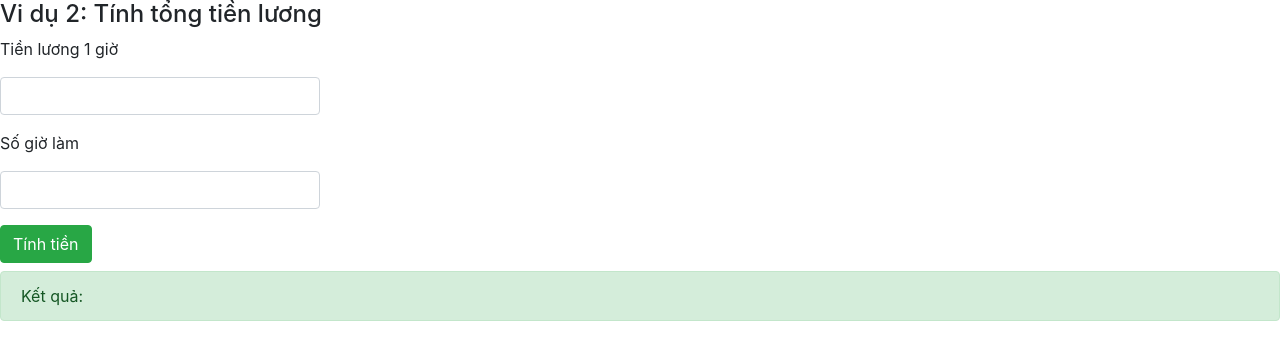
Repository: ducdatit2002/javascript-tinh-day13
Page: index.html
The author's editor kept a copy of each file at every save. The page is drawn from the files as they stood at one save, then again after the next save.
The browser window is 1280 px wide. The pictures show the whole page.

Above is the page before, as saved 2023-08-13 23:51:00.

### index.html
<!DOCTYPE html>
<html lang="en">
  <head>
    <title>Bài tập JS Buổi 13</title>
    <!-- Required meta tags -->
    <meta charset="utf-8" />
    <meta
      name="viewport"
      content="width=device-width, initial-scale=1, shrink-to-fit=no"
    />

    <!-- Bootstrap CSS -->
    <link
      rel="stylesheet"
      href="https://stackpath.bootstrapcdn.com/bootstrap/4.3.1/css/bootstrap.min.css"
      integrity="sha384-ggOyR0iXCbMQv3Xipma34MD+dH/1fQ784/j6cY/iJTQUOhcWr7x9JvoRxT2MZw1T"
      crossorigin="anonymous"
    />
  </head>
  <body>
    <!-- Bài 1: TÍNH TIỀN LƯƠNG NHÂN VIÊN -->
    <div class="form-group">
      <h4>Vi dụ 2: Tính tổng tiền lương</h4>
      <div class="form-group">
        <p>Tiền lương 1 giờ</p>
        <input id="tienLuong1h" class="form-control w-25" />
      </div>
      <div class="form-group">
        <p>Số giờ làm</p>
        <input id="soGioLam" class="form-control w-25" />
      </div>
      <button
        onclick="tinhTongLuong()"
        id="btnTinhTien"
        class="btn btn-success"
      >
        Tính tiền
      </button>
      <div class="mt-2 alert alert-success">
        Kết quả: <span id="tongLuong"></span>
      </div>
    </div>

    <!-- Optional JavaScript -->
    <!-- jQuery first, then Popper.js, then Bootstrap JS -->
    <script
      src="https://code.jquery.com/jquery-3.3.1.slim.min.js"
      integrity="sha384-q8i/X+965DzO0rT7abK41JStQIAqVgRVzpbzo5smXKp4YfRvH+8abtTE1Pi6jizo"
      crossorigin="anonymous"
    ></script>
    <script
      src="https://cdnjs.cloudflare.com/ajax/libs/popper.js/1.14.7/umd/popper.min.js"
      integrity="sha384-UO2eT0CpHqdSJQ6hJty5KVphtPhzWj9WO1clHTMGa3JDZwrnQq4sF86dIHNDz0W1"
      crossorigin="anonymous"
    ></script>
    <script
      src="https://stackpath.bootstrapcdn.com/bootstrap/4.3.1/js/bootstrap.min.js"
      integrity="sha384-JjSmVgyd0p3pXB1rRibZUAYoIIy6OrQ6VrjIEaFf/nJGzIxFDsf4x0xIM+B07jRM"
      crossorigin="anonymous"
    ></script>
    <script src="./index.js"></script>
  </body>
</html>

Loaded but not shown: index.js (no copy from this time; the picture is the same without it)

After the next save:
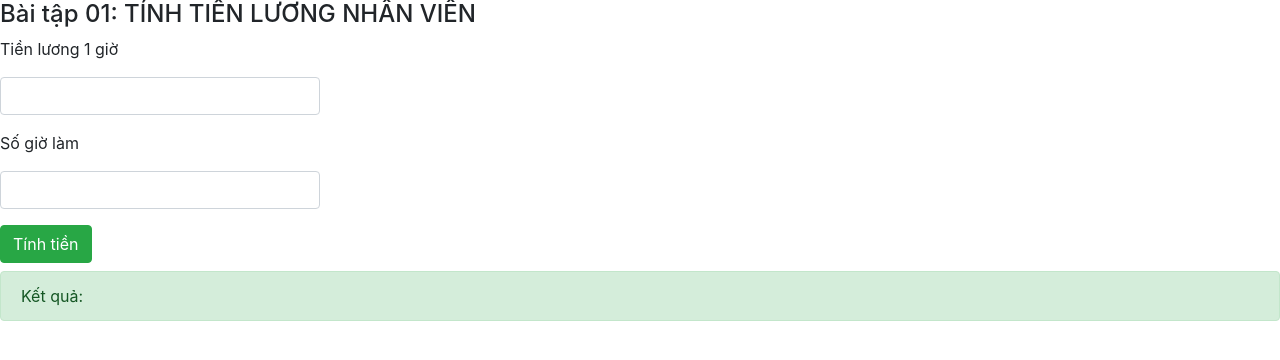
Saved 12 s later.
--- a/index.html
+++ b/index.html
@@ -20,7 +20,7 @@
   <body>
     <!-- Bài 1: TÍNH TIỀN LƯƠNG NHÂN VIÊN -->
     <div class="form-group">
-      <h4>Vi dụ 2: Tính tổng tiền lương</h4>
+      <h4>Bài tập 01: TÍNH TIỀN LƯƠNG NHÂN VIÊN</h4>
       <div class="form-group">
         <p>Tiền lương 1 giờ</p>
         <input id="tienLuong1h" class="form-control w-25" />
